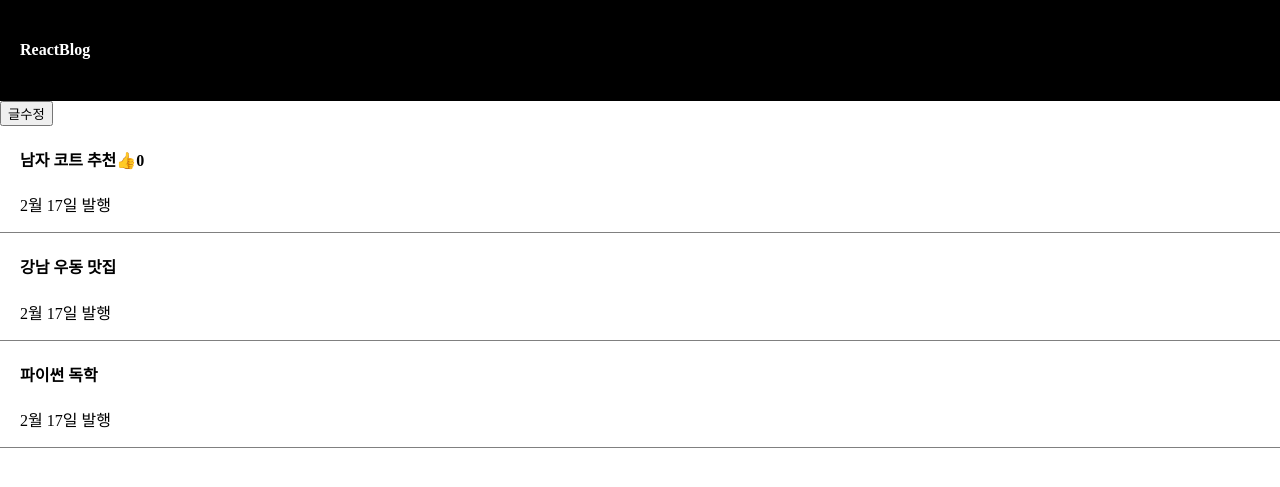
Repository: thinkseaweave/applecoding
Page: /
These files come from the project's save history. The page is drawn as it stood at one moment and after the next save; the edit follows.
The browser window is 1280 px wide. The pictures show the whole page.
The project was rebuilt for these pictures with package versions that can differ from the ones it lists, and the page was loaded fresh each time. Also part of the build but not shown: vite.config.js, src/index.css.

Above is the page before, as saved 2025-01-26 14:41:58.

After the next save:
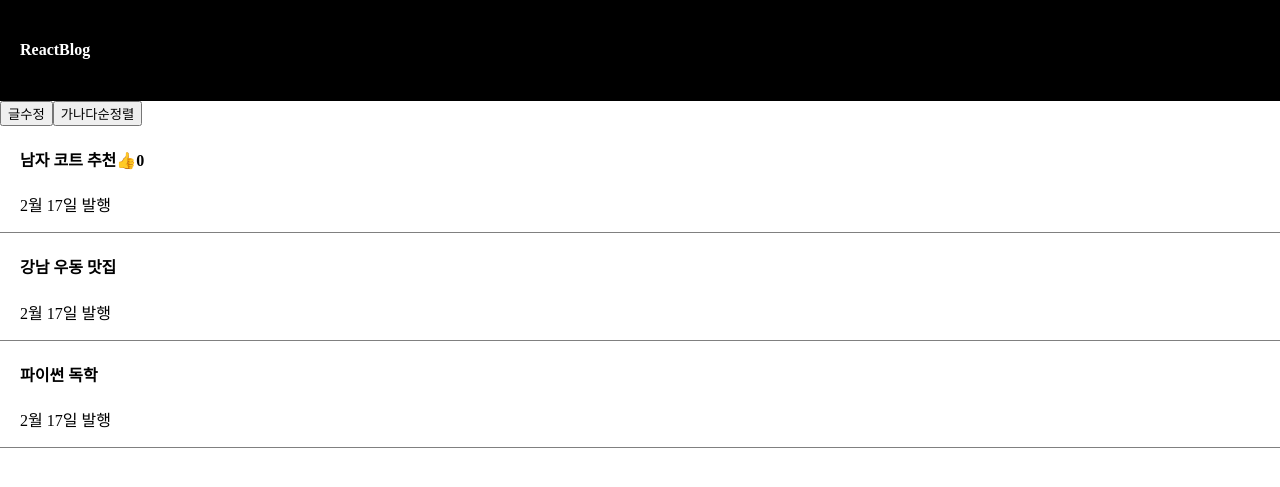
Saved 8 min 21 s later.
--- a/src/App.jsx
+++ b/src/App.jsx
@@ -32,6 +32,14 @@ function App() {
         글수정
       </button>
 
+      <button
+        onClick={() => {
+          글제목.sort((a, b) => a - b);
+        }}
+      >
+        가나다순정렬
+      </button>
+
       <div className="list">
         <h4>
           {글제목[0]}
